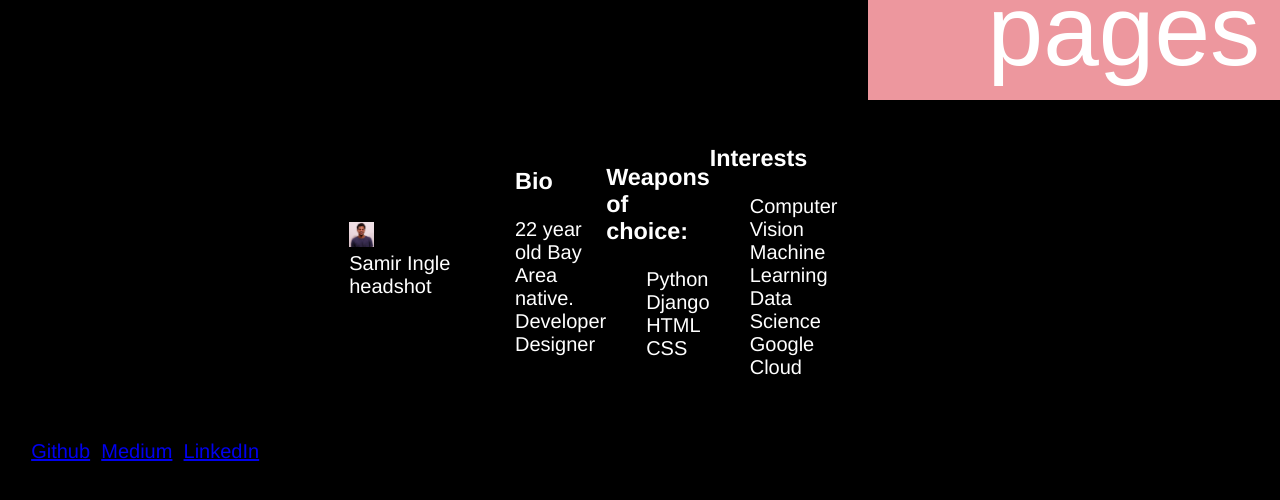
Repository: SamirIngley/html-semantic
Page: templates/about.html
These files come from the project's save history. The page is drawn as it stood at one moment and after the next save; the edit follows.
The browser window is 1280 px wide. The pictures show the whole page.

Above is the page before, as saved 2020-02-05 22:03:46.

### templates/about.html
<!DOCTYPE html>
<html lang="en">
<div class="wrapper">
    <head>
        <meta charset="UTF-8">
        <meta name="viewport" content="width=device-width, initial-scale=1.0">
        <meta http-equiv="X-UA-Compatible" content="ie=edge">
        <link href="style.css" rel="stylesheet">
        <title>Samir Ingle</title>
    <head>
    <div class="header-right">
            <nav>
            <div class='dropdown'>
                <button class='dropbtn'>pages</button>
                <div class="dropdown-content">
                    <a href="/about">about</a>
                    <a href="/projects">projects</a>
                    <a href="/contact">contact</a>
                </div>
            </div>
        </nav>
    </div>
    <div class ="main-content">
    <!-- <center> -->
    <figure>
            <img src="static/images/prof_pic.jpeg" alt="samir-profile-pic" style="width:20%;">
            <figcaption>Samir Ingle headshot</figcaption>
        </figure>

        <div class="bio">
            <h3>Bio</h3>
            <p>
            22 year old Bay Area native.
            <br>
            Developer
            <br>
            Designer
            </p>
        </div>
        <div class="bio">
            <h3>Weapons of choice:</h3>
            <ul>
                <li>Python</li>
                <li>Django</li>
                <li>HTML</li>
                <li>CSS</li>
            </ul>
        </div>
        <div class="bio">
            <h3>Interests</h3>
            <ul>
                <li>Computer Vision</li>
                <li>Machine Learning</li>
                <li>Data Science</li>
                <li>Google Cloud</li>
            </ul>
        </div>
            <p>

    </div>

    <div class="footer">
            <br>
            <a href="https://github.com/SamirIngley">Github</a>
            <a href="https://medium.com/@SamirIngle">Medium</a>
            <a href="https://www.linkedin.com/in/samiringle/">LinkedIn</a>
    </div>
    <!-- </center> -->
</div>

### templates/style.css

* {
    box-sizing: border-box;
}

body {
  margin: 0;
  font-size: 20px;
  background-color:rgb(0, 0, 0);
  color: white;
  font-family: Helvetica;
}


.wrapper {
    display: grid;
    grid-gap: 10px;
    grid-template-columns: repeat(4, 1fr);
    grid-template-rows: 100px 300px;
    /*
    The named areas below define where elements with
    those names are placed on the grid.
    */
    grid-template-areas:  "h h h r"
                          "s m m ."
                          "f . g g";
  }

.wrapper>div {
  color: white;
  font-family: Helvetica;
  padding: 1em;
  display: flex;
  justify-content: space-between;
  align-items: center;
  /* height: 20px; */
}

.header {
  /* Name this element to place it on the grid */
  grid-area: h;
}

.header-right {
  grid-area: r;
}

.main-content {
  grid-area: m;
}

.side-bar {
  grid-area: s;
}

.footer {
  grid-area: f;
}

.footer-right {
  grid-area: g;
}

.wrapper>div:nth-child(1) {
  background-color: #97edab
}

.wrapper>div:nth-child(2) {
  background-color: #e5db8e
}

.wrapper>div:nth-child(3) {
  background-color: #97dced
}

.wrapper>div:nth-child(4) {
  background-color: #97a1ed
}

.wrapper>div:nth-child(5) {
  background-color: #b597ed
}

.wrapper>div:nth-child(6) {
  background-color: #ed979e
}



/* ----- Bio ----- */

.bio ul {
  list-style: none;
}



/* ----- Nav ----- */
nav {
  background-color: rgba(215, 176, 251, 0);
  /* font-weight:bold; */
}


nav a {
  color: white;
  text-align: right;
  font-size: 2vw;
  text-decoration: none;
}

nav a:hover{
  color: lime;
}

nav a.active {
  background-color: orange;
  color: purple;
}


nav {
  display: flex;
  justify-content: flex-end;
  list-style: none;
} */
/*
nav {
    padding: 1em;
} */




.topnav {
  overflow: hidden;
  background-color: rgb(226, 226, 226);
}

.topnav a {
  float: right;
  color: #ffffff;
  text-align: center;
  padding: 14px 16px;
  text-decoration: none;
  font-size: 3px;
}

.topnav a:hover {
  background-color: #ddd;
  color: black;
}

.topnav a.active {
  background-color: lime;
  color: white;
}


/* -------- Drop Down -------- */

.dropbtn {
  background-color: rgba(247, 246, 246, 0);
  color: white;
  /* padding: 60px; */
  padding: 10px 0px 50px 100px;

  font-size: 5em;
  border: 1px;
  cursor: pointer;
}

.dropbtn:hover {
  color: lime;

}

.dropdown {
  position: relative;
  display: inline-block;
}

.dropdown-content {
  display: none;
  position: absolute;
  padding: 0px;
  border: 0px;
  margin: 0px;

  right: 0;
  background-color: #6f6f6f00;
  min-width: 200px;
  box-shadow: 0px 8px 16px 0px rgba(0,0,0,0.2);
  z-index: 1;
}

.dropdown-content a {
  color: white;
  padding: 100px 100px 100 100px;
  text-decoration: none;
  display: block;
  font-size: 13em;

}

.dropdown-content a:hover {background-color: #00000000;}

.dropdown:hover .dropdown-content {display: block;}
.dropdown:hover .dropbtn {background-color: #000000;}

After the next save:
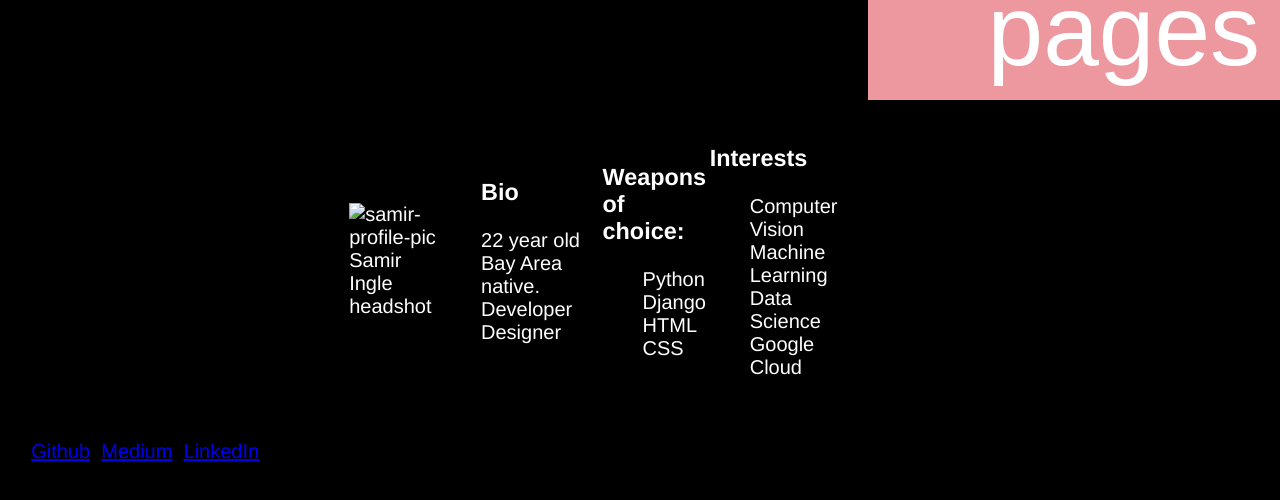
Not found: templates/static/8-bit.png
Saved 115 s later.
--- a/templates/about.html
+++ b/templates/about.html
@@ -23,7 +23,7 @@
     <div class ="main-content">
     <!-- <center> -->
     <figure>
-            <img src="static/images/prof_pic.jpeg" alt="samir-profile-pic" style="width:20%;">
+            <img src="static/8-bit.png" alt="samir-profile-pic" style="width:20%;">
             <figcaption>Samir Ingle headshot</figcaption>
         </figure>
 

After the save that followed:
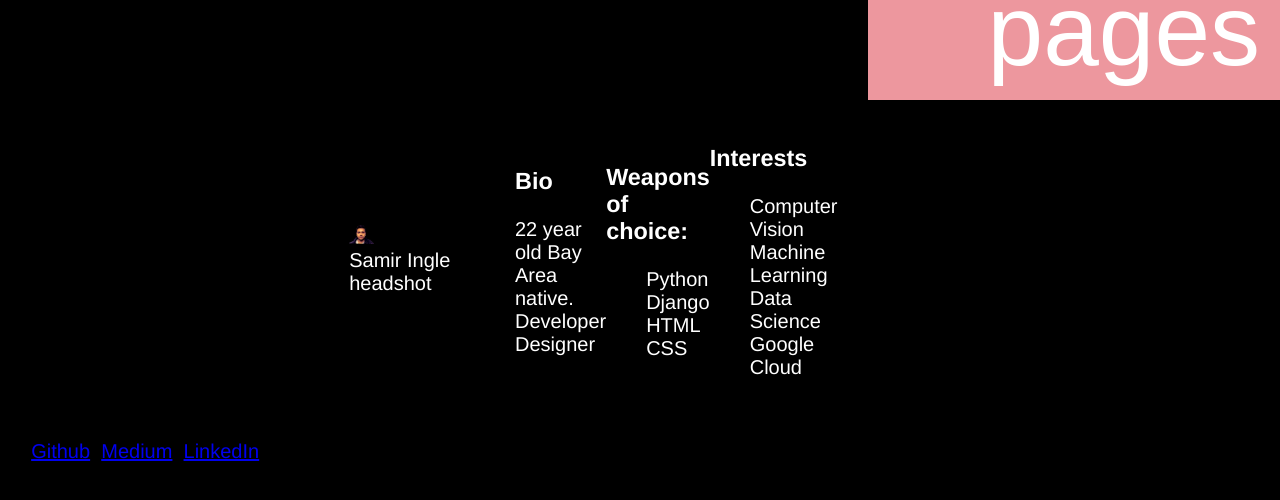
Saved 14 s later.
--- a/templates/about.html
+++ b/templates/about.html
@@ -23,7 +23,7 @@
     <div class ="main-content">
     <!-- <center> -->
     <figure>
-            <img src="static/8-bit.png" alt="samir-profile-pic" style="width:20%;">
+            <img src="static/images/8-bit.png" alt="samir-profile-pic" style="width:20%;">
             <figcaption>Samir Ingle headshot</figcaption>
         </figure>
 
